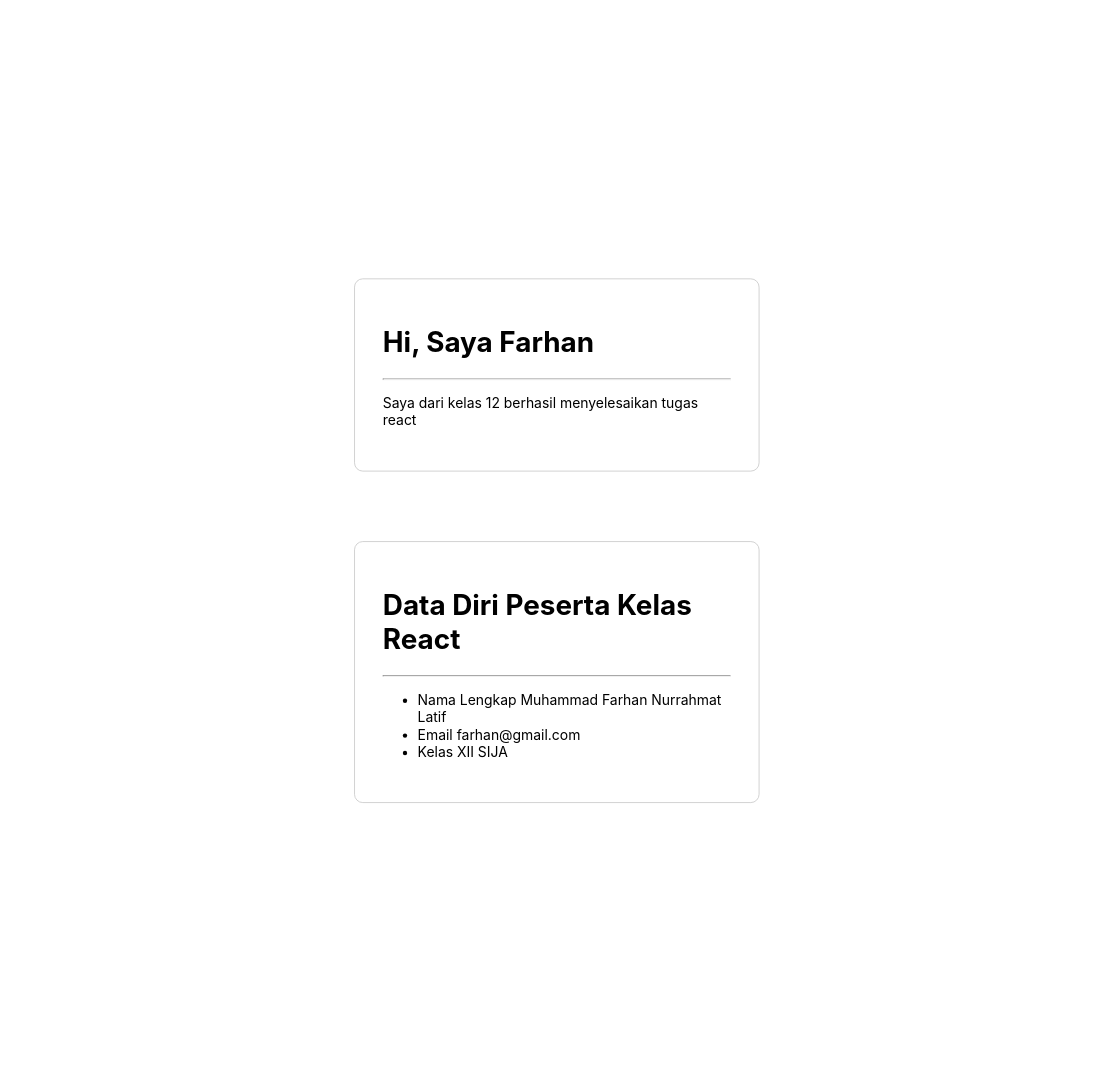
Repository: mfarhannr/Tugas-Reactjs_Farhan
Page: /
These files come from the project's save history. The page is drawn as it stood at one moment and after the next save; the edit follows.
The browser window is 1280 px wide. The pictures show the whole page, at 87% of full size.
The project was rebuilt for these pictures with package versions that can differ from the ones it lists, and the page was loaded fresh each time.

Above is the page before, as saved 2024-05-03 15:32:25.

After the next save:
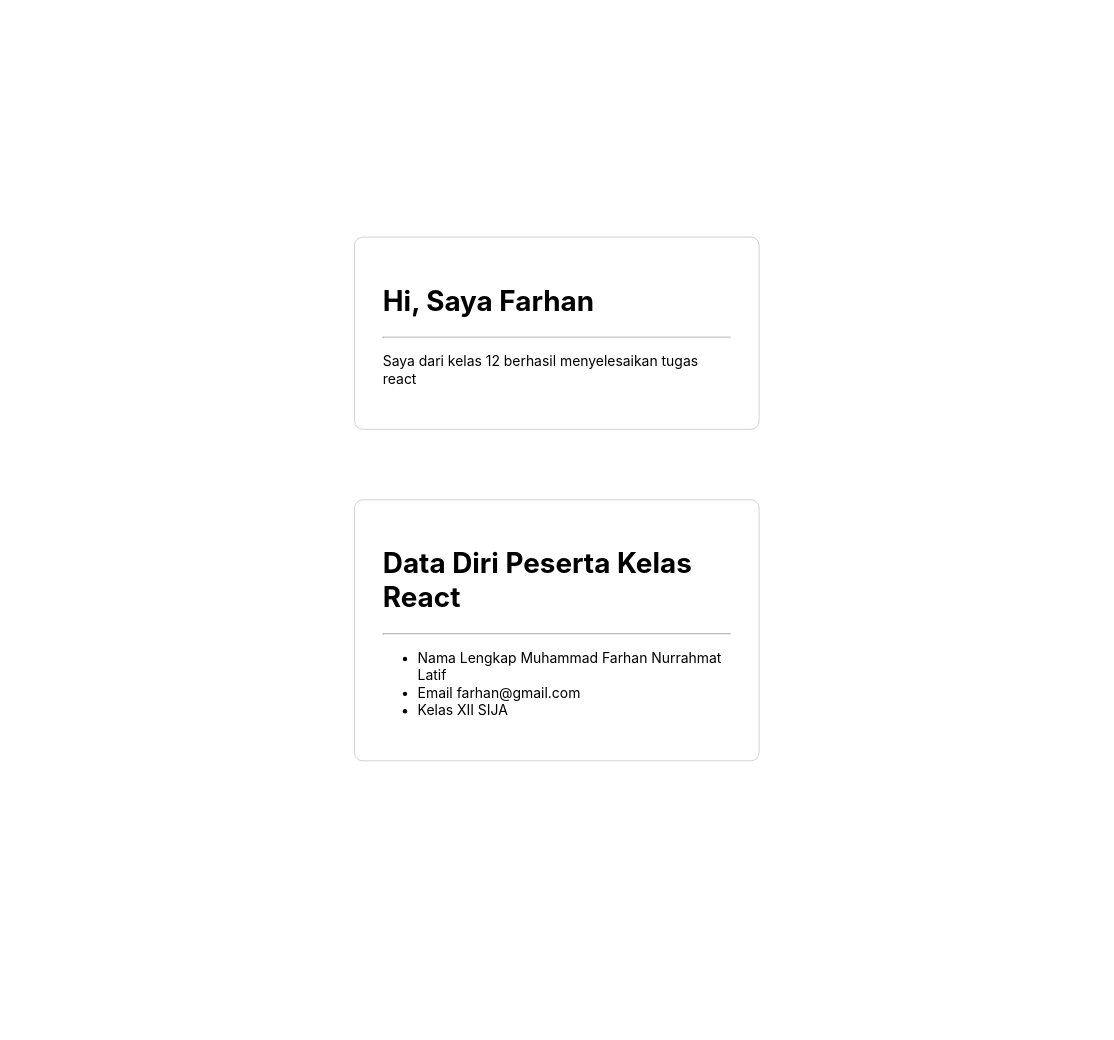
Saved 8 s later.
--- a/src/App.css
+++ b/src/App.css
@@ -6,7 +6,7 @@
   border: 1px solid #ccc;
   border-radius: 10px;
   padding: 2em;
-  margin: 5em auto;
+  margin: 2em auto;
   width: 50%;
 }
 
